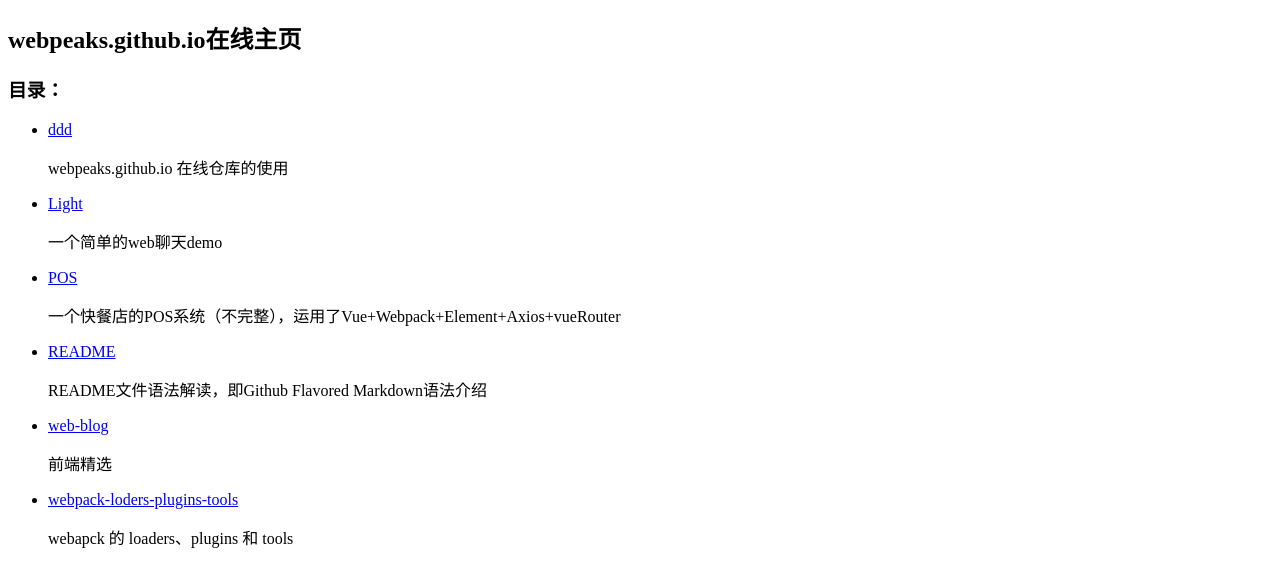
Repository: webpeaks/webpeaks.github.io
Page: index.html
An editor plug-in stored every save of this project. The page is shown before and after the next save, followed by the edit.
The browser window is 1280 px wide. The pictures show the whole page.

Above is the page before, as saved 2018-01-03 16:27:48.

### index.html
<!DOCTYPE html>
<html lang="en">
<head>
    <meta charset="UTF-8">
    <meta name="viewport" content="width=device-width, initial-scale=1.0">
    <meta http-equiv="X-UA-Compatible" content="ie=edge">
    <title>Document</title>
</head>
<body>
    <h2>webpeaks.github.io在线主页</h2>
    <h3>目录：</h3>
    <ul>
        <li>
            <a href="webpeaks.github.io/ddd/index.html">ddd</a>
            <p>webpeaks.github.io 在线仓库的使用</p>
        </li>
        <li>
            <a href="https://github.com/webpeaks/Light">Light</a>
            <p>一个简单的web聊天demo</p>
        </li>
        <li>
            <a href="https://github.com/webpeaks/POS">POS</a>
            <p>一个快餐店的POS系统（不完整），运用了Vue+Webpack+Element+Axios+vueRouter</p>
        </li>
        <li>
            <a href="https://github.com/webpeaks/README">README</a>
            <p>README文件语法解读，即Github Flavored Markdown语法介绍</p>
        </li>
        <li>
            <a href="https://github.com/webpeaks/web-blog">web-blog</a>
            <p>前端精选</p>
        </li>
        <li>
            <a href="https://github.com/webpeaks/webpack-loders-plugins-tools">webpack-loders-plugins-tools</a>
            <p>webapck 的 loaders、plugins 和 tools</p>
        </li>
    </ul>
</body>
</html>

After the next save:
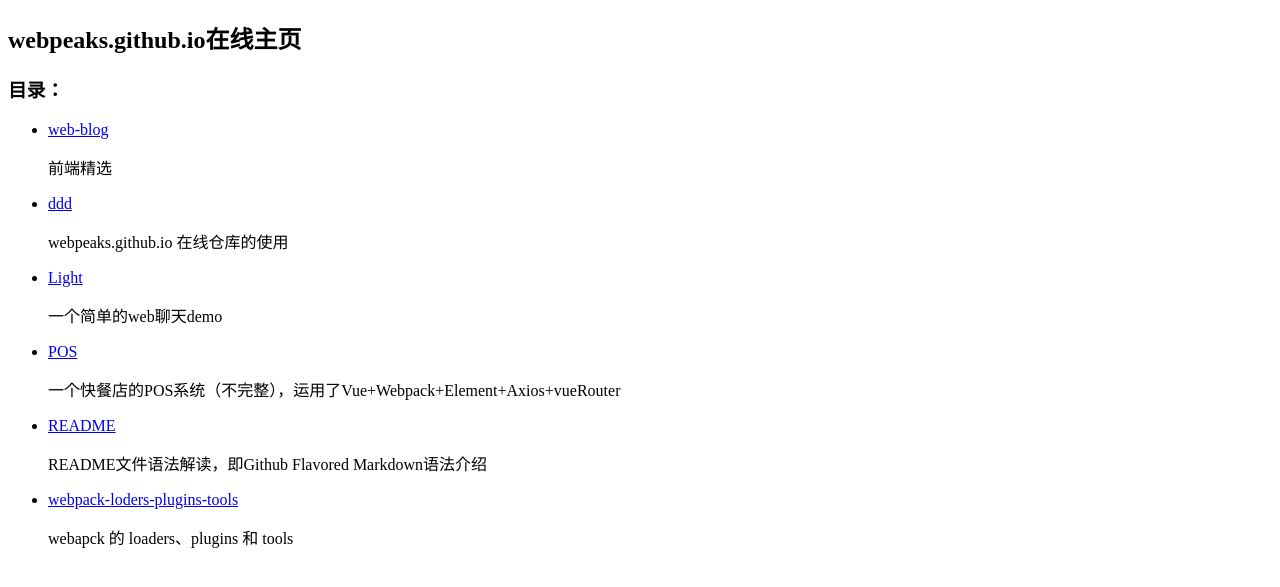
Saved 4 min 19 s later.
--- a/index.html
+++ b/index.html
@@ -1,15 +1,21 @@
 <!DOCTYPE html>
 <html lang="en">
+
 <head>
     <meta charset="UTF-8">
     <meta name="viewport" content="width=device-width, initial-scale=1.0">
     <meta http-equiv="X-UA-Compatible" content="ie=edge">
     <title>Document</title>
 </head>
+
 <body>
     <h2>webpeaks.github.io在线主页</h2>
     <h3>目录：</h3>
     <ul>
+        <li>
+            <a href="https://github.com/webpeaks/web-blog">web-blog</a>
+            <p>前端精选</p>
+        </li>
         <li>
             <a href="webpeaks.github.io/ddd/index.html">ddd</a>
             <p>webpeaks.github.io 在线仓库的使用</p>
@@ -27,13 +33,10 @@
             <p>README文件语法解读，即Github Flavored Markdown语法介绍</p>
         </li>
         <li>
-            <a href="https://github.com/webpeaks/web-blog">web-blog</a>
-            <p>前端精选</p>
-        </li>
-        <li>
             <a href="https://github.com/webpeaks/webpack-loders-plugins-tools">webpack-loders-plugins-tools</a>
             <p>webapck 的 loaders、plugins 和 tools</p>
         </li>
     </ul>
 </body>
+
 </html>
